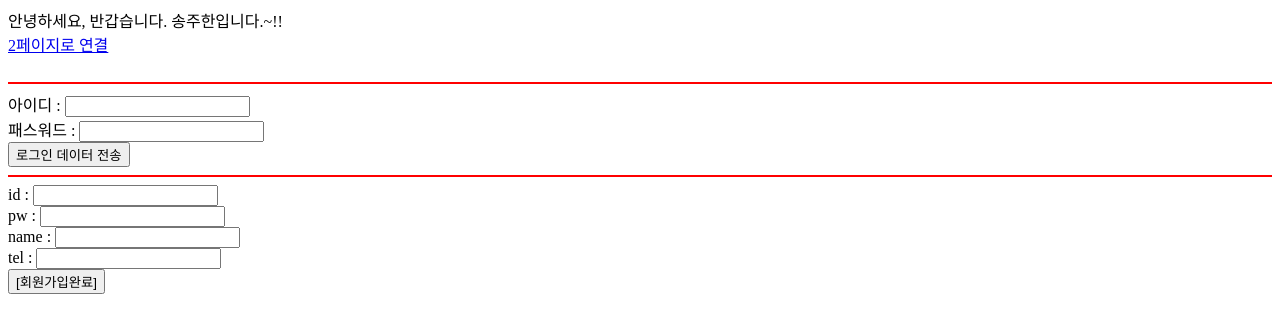
Repository: JuHanSong/JSP
Page: jsp01/WebContent/indeex.html
The author's editor kept a copy of each file at every save. The page is drawn from the files as they stood at one save, then again after the next save.
The browser window is 1280 px wide. The pictures show the whole page.

Above is the page before, as saved 2020-11-21 03:30:50.

After the next save:
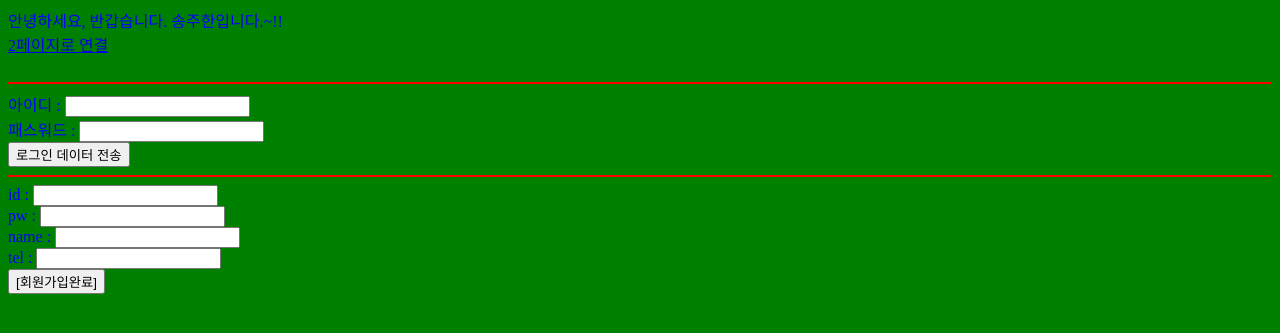
Saved 107 s later.
--- a/jsp01/WebContent/indeex.html
+++ b/jsp01/WebContent/indeex.html
@@ -3,6 +3,7 @@
 	<head>
 		<meta charset="UTF-8">
 		<title>Insert title here</title>
+		<link rel = "stylesheet" type = "text/css" href ="out.css">
 	</head>
 	<body> <!-- 주선, 태크(tag) -->
 	안녕하세요, 반갑습니다. 송주한입니다.~!!<br><!-- 엔터 -->
@@ -28,11 +29,5 @@
 		<input type="submit" value = "[회원가입완료]">
 	</form>
 
-
-
-
-
-
-
 	</body>
 </html>
